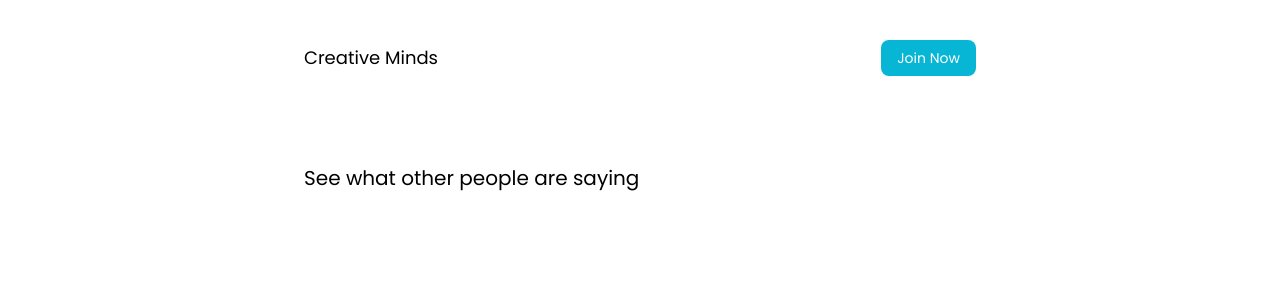
Repository: farisanadia/personal-project-2022
Page: /
These files come from the project's save history. The page is drawn as it stood at one moment and after the next save; the edit follows.
The browser window is 1280 px wide. The pictures show the whole page.
The page's requests for data from a server got no answer. The project was rebuilt for these pictures with package versions that can differ from the ones it lists, and the page was loaded fresh each time. The framework's server and built-in components were replaced by stand-ins that run in the browser. No one was signed in, and anything a server would have sent is missing. Also part of the build but not shown: next.config.js, components/message.js.

Above is the page before, as saved 2023-01-02 02:14:24.

### pages/_app.js
import '../styles/globals.css'
import Layout from '../components/layout'
import {ToastContainer} from 'react-toastify';

function App({ Component, pageProps }) {
  return (
    <Layout>
      <ToastContainer limit={1}/>
      <Component {...pageProps} />
    </Layout>
  );
}

export default App;

### pages/index.js
import Head from 'next/head'
import { Inter } from '@next/font/google'
import Message from "../components/message";
import { useEffect, useState } from 'react';
import { auth, db } from '../utils/firebase';
import { collection, doc, onSnapshot, orderBy, query, updateDoc } from 'firebase/firestore';
import Link from 'next/link';
import { useRouter } from 'next/router';
import { AiOutlineLike } from "react-icons/ai";
import { BiComment } from 'react-icons/bi';

const inter = Inter({ subsets: ['latin'] })

export default function Home() {
  const router = useRouter();
  const routeData = router.query;
  //Create state with all posts
  const [allPosts, setAllPosts] = useState([]);

  const getPosts = async () => {
    const collectionRef = collection(db, 'posts');
    const q = query(collectionRef, orderBy('timestamp', 'desc'));
    const unsubscribe = onSnapshot(q, (snapshot) => {
      setAllPosts(snapshot.docs.map((doc) => ({...doc.data(), id:doc.id})))
    })
    return unsubscribe;
  };

  useEffect(() => {
    getPosts();
  }, []);

  return (
    <div>
      <Head>
        <title>Create Next App</title>
        <meta name="description" content="Generated by create next app" />
        <meta name="viewport" content="width=device-width, initial-scale=1" />
        <link rel="icon" href="/favicon.ico" />
      </Head>

      <div className='my-12 text-lg font-medium space-y-2'>
        <h2 className='text-xl'>See what other people are saying</h2>
        {allPosts.map((post) => (
        <Message key={post.id} {...post}>
          <div className="flex gap-4">
            <Link href={{pathname: `/${post.id}`, query:{...post}}}>
              <button className='flex items-center gap-1'>
                <AiOutlineLike className="text-2xl"/>
              {post.userLiked?.length} </button>
            </Link>
            <Link href={{pathname: `/${post.id}`, query:{...post}}}>
              <button className='flex items-center gap-1'><BiComment className="text-xl"/>{post.comments?.length > 0 ? post.comments?.length : 0 }</button>
            </Link>
          </div>
        </Message>))}
      </div>
    </div>
  )
}

### styles/globals.css
@tailwind base;
@tailwind components;
@tailwind utilities;

html,
body {
  padding: 0;
  margin: 0;

}

a {
  color: inherit;
  text-decoration: none;
}

* {
  box-sizing: border-box;
}

### components/layout.js
import Nav from './Nav';

export default function Layout({children}){
    return(
        <div className="mx-6 md:max-w-2xl md:mx-auto font-poppins">
            <Nav/>
            <main>{children}</main>
        </div>
    );
}

### utils/firebase.js
// Import the functions you need from the SDKs you need
import { initializeApp } from "firebase/app";
import { getAuth } from 'firebase/auth';
import { getFirestore } from 'firebase/firestore';
// TODO: Add SDKs for Firebase products that you want to use
// https://firebase.google.com/docs/web/setup#available-libraries

// Your web app's Firebase configuration
// For Firebase JS SDK v7.20.0 and later, measurementId is optional
const firebaseConfig = {
  apiKey: process.env.NEXT_PUBLIC_API_KEY,
  authDomain: process.env.NEXT_PUBLIC_AUTH_DOMAIN,
  projectId: process.env.NEXT_PUBLIC_PROJECT_ID,
  storageBucket: process.env.NEXT_PUBLIC_STORAGE_BUCKET,
  messagingSenderId: process.env.NEXT_PUBLIC_MESSAGING_SENDER_ID,
  appId: process.env.NEXT_PUBLIC_APP_ID,
  measurementId: process.env.NEXT_PUBLIC_MEASUREMENT_ID,
};

// Initialize Firebase
const app = initializeApp(firebaseConfig);
export const auth = getAuth();
export const db = getFirestore(app);

### components/Nav.js
import Link from "next/link";
import { auth } from "../utils/firebase";
import { useAuthState } from "react-firebase-hooks/auth";

export default function Nav() {
    const [user, loading] = useAuthState(auth);
    console.log(user);
    return (
        <nav className="flex justify-between items-center py-10">
            <Link href="/">
                <button className="text-lg font-medium">Creative Minds</button>
            </Link>
            <ul className="flex items-center gap-10">
                {!user && (
                    <Link href={"/auth/login"}>
                        <button className="py-2 px-4 text-sm bg-cyan-500 text-white rounded-lg font-medium ml-8">
                            Join Now
                        </button>
                    </Link>
                )}
                {user && (
                    <div className="flex items-center gap-6">
                        <Link href="/post">
                            <button className="font-medium bg-cyan-500 text-white py-2 px-4 rounded-md test-sm">Post</button>
                        </Link>
                        <Link href="/dashboard">
                            <img
                            className="w-12 rounded-full cursor-pointer"
                            src={user.photoURL}
                            />
                        </Link>
                    </div>
                )}
            </ul>
        </nav>
    );
}

### tailwind.config.js
/** @type {import('tailwindcss').Config} */
module.exports = {
  content: [
    "./pages/**/*.{js,ts,jsx,tsx}",
    "./components/**/*.{js,ts,jsx,tsx}",
  ],
  theme: {
    extend: {
      fontFamily: {
        poppins: "Poppins",
      },
    },
  },
  plugins: [],
}

Loaded but not shown: pages/_document.js (common file)

After the next save:
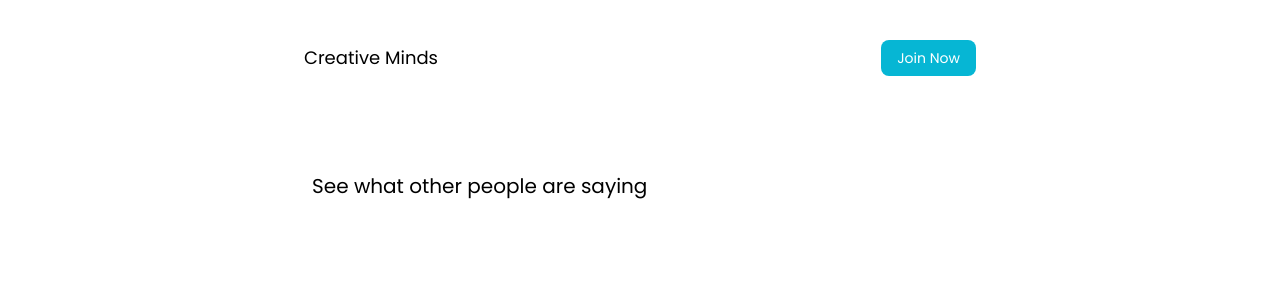
Saved 37 s later.
--- a/pages/index.js
+++ b/pages/index.js
@@ -40,7 +40,7 @@
       </Head>
 
       <div className='my-12 text-lg font-medium space-y-2'>
-        <h2 className='text-xl'>See what other people are saying</h2>
+        <h2 className='text-xl p-2'>See what other people are saying</h2>
         {allPosts.map((post) => (
         <Message key={post.id} {...post}>
           <div className="flex gap-4">

After the save that followed:
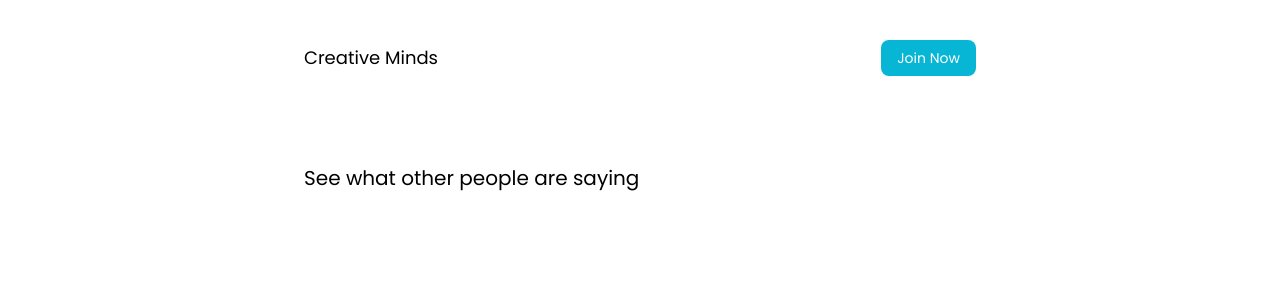
Saved 28 s later.
--- a/pages/index.js
+++ b/pages/index.js
@@ -40,7 +40,7 @@
       </Head>
 
       <div className='my-12 text-lg font-medium space-y-2'>
-        <h2 className='text-xl p-2'>See what other people are saying</h2>
+        <h2 className='text-xl pb-2'>See what other people are saying</h2>
         {allPosts.map((post) => (
         <Message key={post.id} {...post}>
           <div className="flex gap-4">
